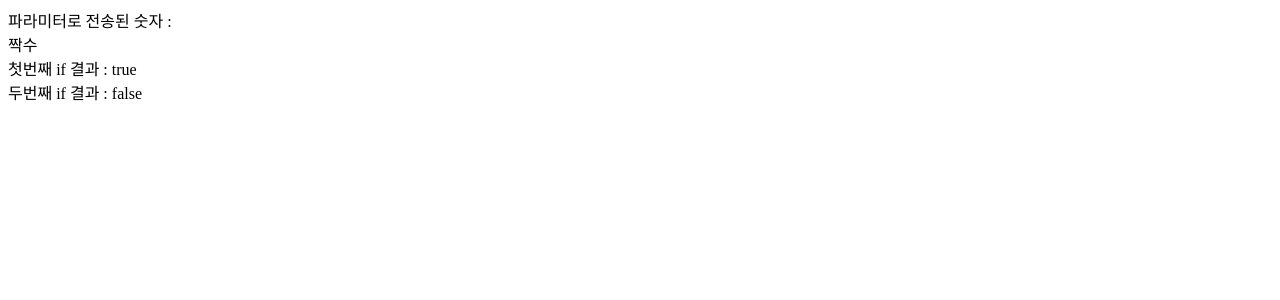
Repository: ajtwls1256/Web-workspace
Page: http://localhost/Day55-jspTag/JSTL/JSTL_if.jsp
An editor plug-in stored every save of this project. The page is shown before and after the next save, followed by the edit.
The browser window is 1280 px wide. The pictures show the whole page.
The page is served by Tomcat 9.

Above is the page before, as saved 2019-10-14 05:36:43.

After the next save:
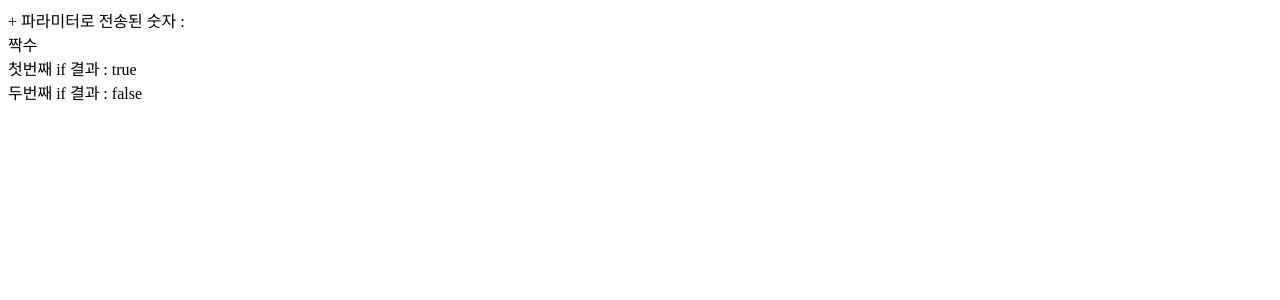
Saved 55 s later.
--- a/Day55-jspTag/WebContent/JSTL/JSTL_if.jsp
+++ b/Day55-jspTag/WebContent/JSTL/JSTL_if.jsp
@@ -1,8 +1,7 @@
 <%@ page language="java" contentType="text/html; charset=UTF-8"
     pageEncoding="UTF-8"%>
     <%@ taglib uri="http://java.sun.com/jsp/jstl/core" prefix="c" %>
-<!DOCTYPE html PUBLIC "-//W3C//DTD HTML 4.01 Transitional//EN" "http://www.w3.org/TR/html4/loose.dtd">
-<html>
+<!DOCTYPE html PUBLIC "-//W3C//DTD HTML 4.01 Transitional//EN" "http://www.w3.org/TR/html4/loose.dtd">+
 <head>
 <meta http-equiv="Content-Type" content="text/html; charset=UTF-8">
 <title>Insert title here</title>
